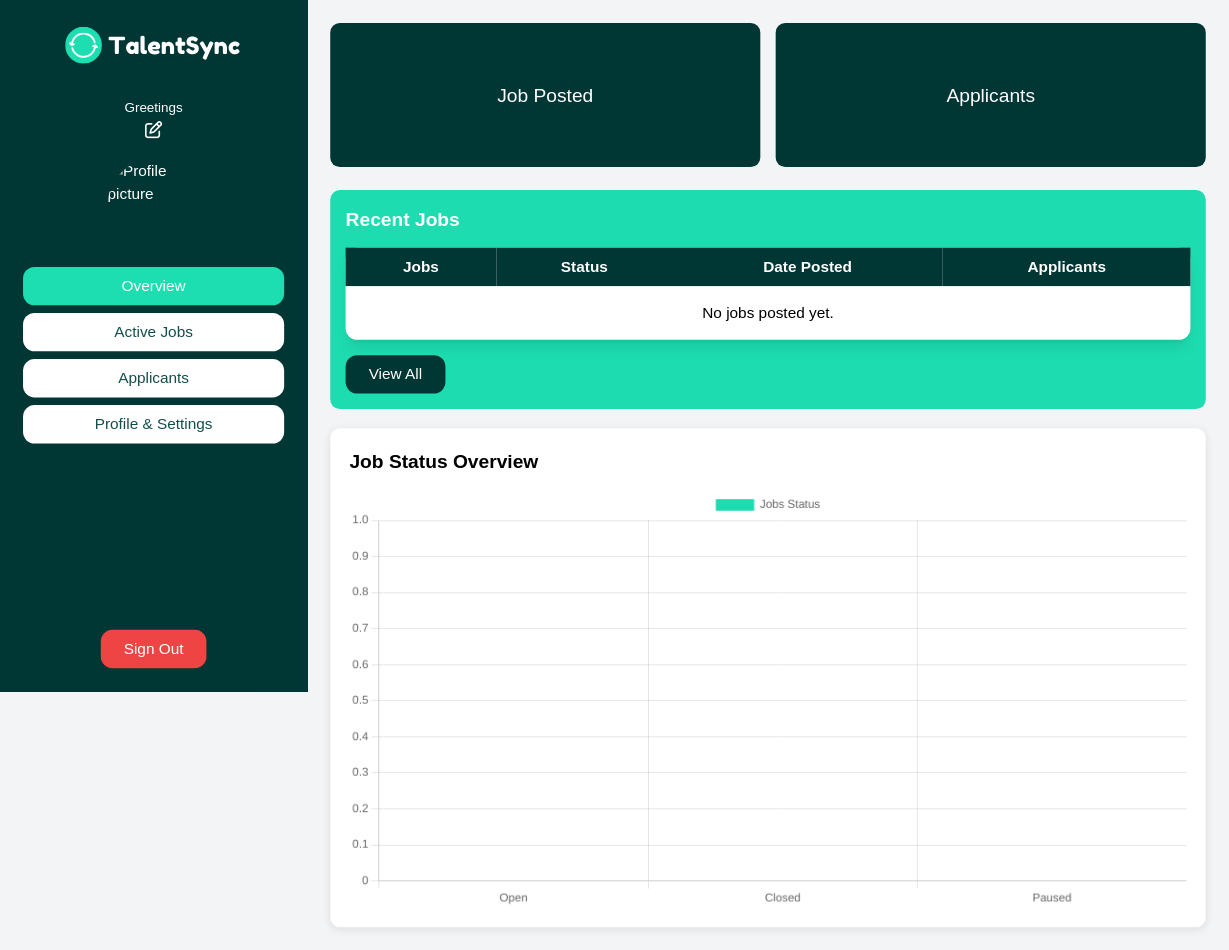
Repository: AbdullahScriptStudio/TalentSync
Page: recruiter/templates/recruiter/recruiter_dashboard.html
The author's editor kept a copy of each file at every save. The page is drawn from the files as they stood at one save, then again after the next save.
The browser window is 1280 px wide. The pictures show the whole page, at 96% of full size.
Some web libraries are served in a nearby version. The page is served by the project's application, run on Django 5.2 (manage.py). Other server files are loaded and not shown. The template is opened directly, without the code that normally fills it, so the values that code supplies are empty.

Above is the page before, as saved 2025-03-28 14:33:11.

### recruiter/templates/recruiter/recruiter_dashboard.html
<!DOCTYPE html>
<html lang="en">
{% load static %}

<head>
    <meta charset="UTF-8">
    <meta name="viewport" content="width=device-width, initial-scale=1.0">
    <script src="https://cdn.tailwindcss.com"></script>
    <link rel="stylesheet" href="https://cdnjs.cloudflare.com/ajax/libs/font-awesome/6.0.0-beta3/css/all.min.css">
    <script src="https://cdn.jsdelivr.net/npm/chart.js"></script> <!-- Ensure Chart.js is loaded -->


    <title>Recruiter Dashboard</title>
    <style>
        #chat-button {
            position: fixed;
            bottom: 20px;
            right: 20px;
            background-color: #1cdeb0;
            color: white;
            border: none;
            padding: 10px;
            border-radius: 50%;
            cursor: pointer;
            z-index: 1000; /* Ensure it appears above other elements */
        }
        body {
            font-family: "Poppins", sans-serif;
            background-color: white;
        }

        .stat-box {
            background-color: #003634;
            color: white;
            padding: 20px;
            border-radius: 10px;
            text-align: center;
            height: 150px;
            display: flex;
            flex-direction: column;
            justify-content: center;
        }

        .table-container {
            background-color: #1dddb0;
            padding: 16px;
            border-radius: 10px;
        }

        .chart-container {
            background-color: white;
            padding: 20px;
            border-radius: 10px;
            margin-top: 20px;
            box-shadow: 0px 2px 10px rgba(0, 0, 0, 0.1);
        }
    </style>
</head>

<body class="bg-gray-100">
    <div class="flex min-h-screen">
        <!-- Sidebar -->
        <div class="bg-[#003634] text-white w-1/4 p-6 flex flex-col items-center fixed h-full">
            <div class="flex items-center mb-8">
                <img alt="TalentSync logo" class="w-48 h-auto" src="{% static 'images/logo.svg' %}" />
            </div>
            <div class="text-center mb-4">
                <p class="text-sm">Greetings</p>
                <p class="text-lg">{{ recruiter_name }} <i class="fa-regular fa-pen-to-square"></i></p>
            </div>

            <img alt="Profile picture" class="w-24 h-24 rounded-full mb-4" src="{{ profile_picture }}" />

            <nav class="flex flex-col w-full">
                <a href="{% url 'recruiter_dashboard' %}" class="bg-[#1cdeb0] text-white py-2 px-4 rounded-xl mb-2 text-center">Overview</a>
                <a href="{% url 'job_list' %}" class="bg-white text-teal-900 py-2 px-4 rounded-xl mb-2 text-center">Active Jobs</a>
                <a href="{% url 'applications_list' %}" class="bg-white text-teal-900 py-2 px-4 rounded-xl mb-2 text-center">Applicants</a>
                <a href="#" class="bg-white text-teal-900 py-2 px-4 rounded-xl mb-2 text-center">Profile & Settings</a>
            </nav>
            <a href="{% url 'user_logout' %}" class="mt-auto bg-red-500 py-2 px-6 rounded-xl">Sign Out</a>
        </div>

        <!-- Main Content -->
        <div class="flex-1 p-6 ml-[25%]">
            <!-- Statistics Section -->
            <div class="grid grid-cols-2 gap-4 mb-6">
                <div class="stat-box">
                    <p class="text-xl">Job Posted</p>
                    <p class="text-4xl font-bold">{{ total_jobs }}</p>
                </div>
                <div class="stat-box">
                    <p class="text-xl">Applicants</p>
                    <p class="text-4xl font-bold">{{ total_applicants }}</p>
                </div>
            </div>

            <!-- Job Table -->
            <div class="table-container">
                <h2 class="text-xl font-bold mb-4 text-white">Recent Jobs</h2>
                <table class="min-w-full bg-white rounded-xl shadow-lg">
                    <thead class="bg-[#003634] text-white">
                        <tr>
                            <th class="px-4 py-2">Jobs</th>
                            <th class="px-4 py-2">Status</th>
                            <th class="px-4 py-2">Date Posted</th>
                            <th class="px-4 py-2">Applicants</th>
                        </tr>
                    </thead>
                    <tbody>
                        {% for job in recent_jobs %}
                        <tr class="border-b text-center">
                            <td class="px-4 py-2">{{ job.title }}</td>
                            <td class="px-4 py-2">{{ job.get_status_display }}</td>
                            <td class="px-4 py-2">{{ job.posted_at|date:"d/m/Y" }}</td>
                            <td class="px-4 py-2">
                                <a href="{% url 'applications_list' %}?job_id={{ job.id }}" class="text-blue-500 hover:underline">
                                    {{ job.applicant_count }}
                                </a>
                            </td>
                        </tr>
                        {% empty %}
                        <tr>
                            <td colspan="4" class="text-center py-4">No jobs posted yet.</td>
                        </tr>
                        {% endfor %}
                    </tbody>
                </table>
                <a href="{% url 'job_list' %}" class="bg-[#003634] text-white py-2 px-6 rounded-xl mt-4 inline-block text-center">
                    View All
                </a>
            </div>

            <!-- Job Status Chart -->
            <div class="chart-container">
                <h2 class="text-xl font-bold mb-4">Job Status Overview</h2>
                <canvas id="jobChart"></canvas>
            </div>

            <!-- ChartJS Script -->
            <script>
                var ctx = document.getElementById('jobChart').getContext('2d');
                var jobChart = new Chart(ctx, {
                    type: 'bar',
                    data: {
                        labels: ["Open", "Closed", "Paused"],
                        datasets: [{
                            label: 'Jobs Status',
                            data: [{{ open_jobs }}, {{ closed_jobs }}, {{ paused_jobs }}],
                            backgroundColor: ['#1dddb0', '#ff4d4d', '#ffc107']
                        }]
                    },
                    options: {
                        responsive: true,
                        scales: {
                            y: {
                                beginAtZero: true
                            }
                        }
                    }
                });
            </script>
        </div>
    </div>
</body>

</html>

### talentsync/urls.py
"""
URL configuration for talentsync project.

The `urlpatterns` list routes URLs to views. For more information please see:
    https://docs.djangoproject.com/en/5.1/topics/http/urls/
Examples:
Function views
    1. Add an import:  from my_app import views
    2. Add a URL to urlpatterns:  path('', views.home, name='home')
Class-based views
    1. Add an import:  from other_app.views import Home
    2. Add a URL to urlpatterns:  path('', Home.as_view(), name='home')
Including another URLconf
    1. Import the include() function: from django.urls import include, path
    2. Add a URL to urlpatterns:  path('blog/', include('blog.urls'))
"""
from django.contrib import admin
from django.urls import path, include
from django.conf import settings
from django.conf.urls.static import static

urlpatterns = [
    path('admin/', admin.site.urls),
    path('recruiter/', include('recruiter.urls')),
    path('applicant/', include('applicant.urls')),
    path('people/', include('people.urls')),
]


if settings.DEBUG:
    urlpatterns += static(settings.MEDIA_URL, document_root=settings.MEDIA_ROOT)

### recruiter/urls.py
from django.urls import path
from . import views
from django.conf.urls.static import static
from django.conf import settings



urlpatterns = [

    #adding new job
    #path('create/step1/', views.job_create_step1, name='job_create_step1'),
    #path('create/step2/', views.job_create_step2, name='job_create_step2'),
    #path('create/step3/', views.job_create_step3, name='job_create_step3'),
    path('job/post/', views.job_create_combined, name='job_create_combined'),
    #path('create/success/', views.job_post_success, name='job_post_success'), #to show job posted successfully
    path('jobs/', views.job_list, name='job_list'),
    path('jobs/description/<int:job_id>/', views.job_description, name='job_description'),
    path('job/edit/<int:id>/', views.job_edit, name='job_edit'),
    path('job/delete/<int:id>/', views.job_delete, name='job_delete'),
    path('dashboard/', views.recruiter_dashboard, name='recruiter_dashboard'),
    path('applications/', views.applications_list, name='applications_list'),
]



if settings.DEBUG:
    urlpatterns += static(settings.MEDIA_URL, document_root=settings.MEDIA_ROOT)

### applicant/urls.py
from django.urls import path
from .views import applicant_dashboard
from . import views

urlpatterns = [
    path('dashboard/', applicant_dashboard, name='applicant_dashboard'),
    path('job-list/', views.applicant_job_list, name='applicant_job_list'),
    path('job-description/<int:job_id>/', views.applicant_job_description, name='applicant_job_description'),
    path('applicant/apply/<int:job_id>/', views.apply_on_job, name='apply_on_job'),
    path('applied-jobs/', views.applied_job_list, name='applied_job_list'),
    path('applied-jobs/<int:application_id>/', views.applied_job_description, name='applied_job_description'),



]

### people/urls.py
from django.urls import path
from .views import register, user_login, user_logout, dashboard_redirect

urlpatterns = [
    path('register/', register, name='register'),
    path('login/', user_login, name='user_login'),
    path('logout/', user_logout, name='user_logout'),
    path('dashboard/', dashboard_redirect, name='dashboard_redirect'),
]

Loaded but not shown: static/images/logo.svg (1 lines, source omitted)

After the next save:
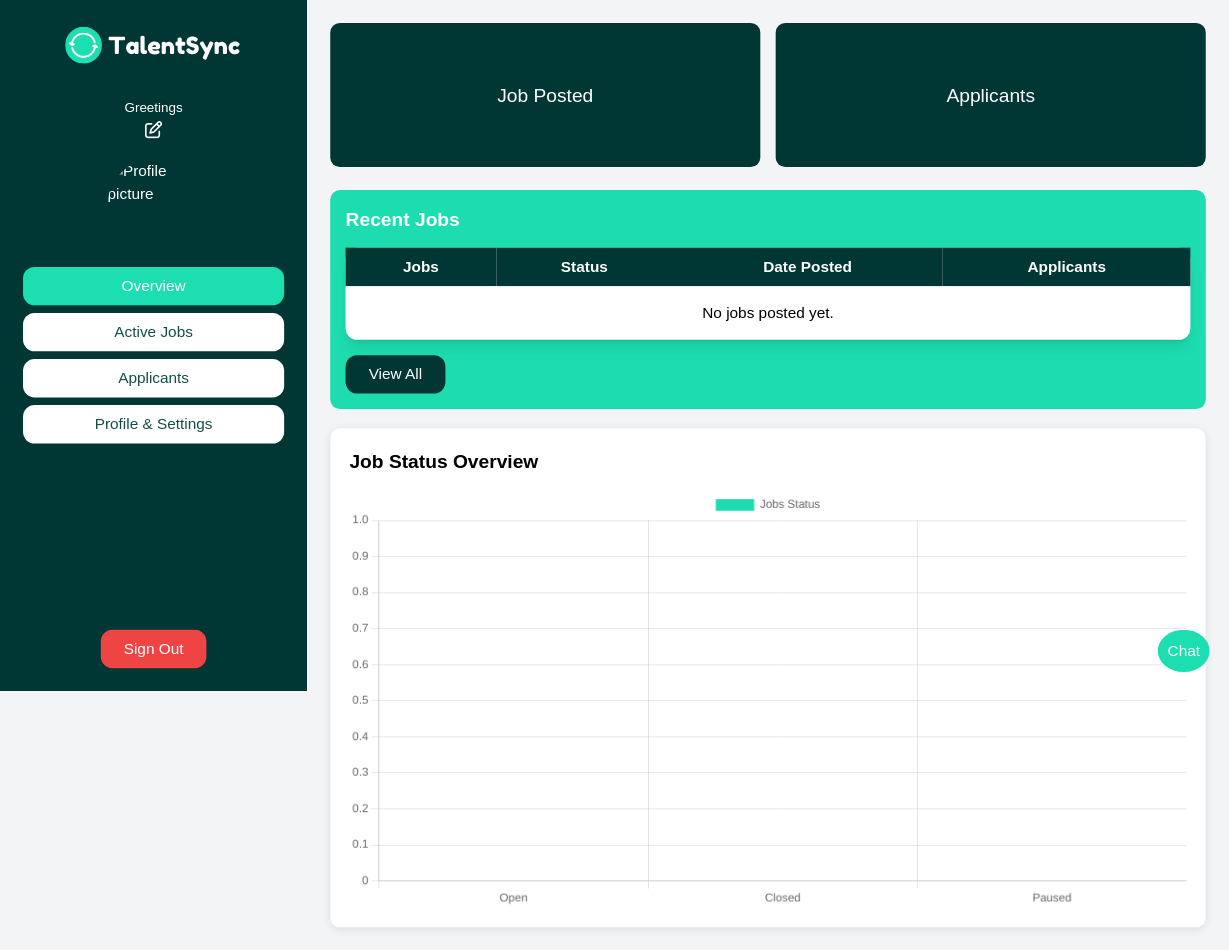
Saved 25 s later.
--- a/recruiter/templates/recruiter/recruiter_dashboard.html
+++ b/recruiter/templates/recruiter/recruiter_dashboard.html
@@ -159,6 +159,23 @@
                     }
                 });
             </script>
+
+
+            <button id="chat-button">Chat</button>
+
+    <!-- Chatbot Script -->
+    <script>
+        const chatButton = document.getElementById('chat-button');
+        let chatWindow;
+
+        chatButton.onclick = () => {
+            if (!chatWindow || chatWindow.closed) {
+                chatWindow = window.open('https://cdn.botpress.cloud/webchat/v2.2/shareable.html?configUrl=https://files.bpcontent.cloud/2025/03/28/07/20250328073528-XB7C8MRM.json', 'Chatbot', 'width=400,height=600');
+            } else {
+                chatWindow.focus();
+            }
+        };
+    </script>
         </div>
     </div>
 </body>

After the 2 saves that followed:
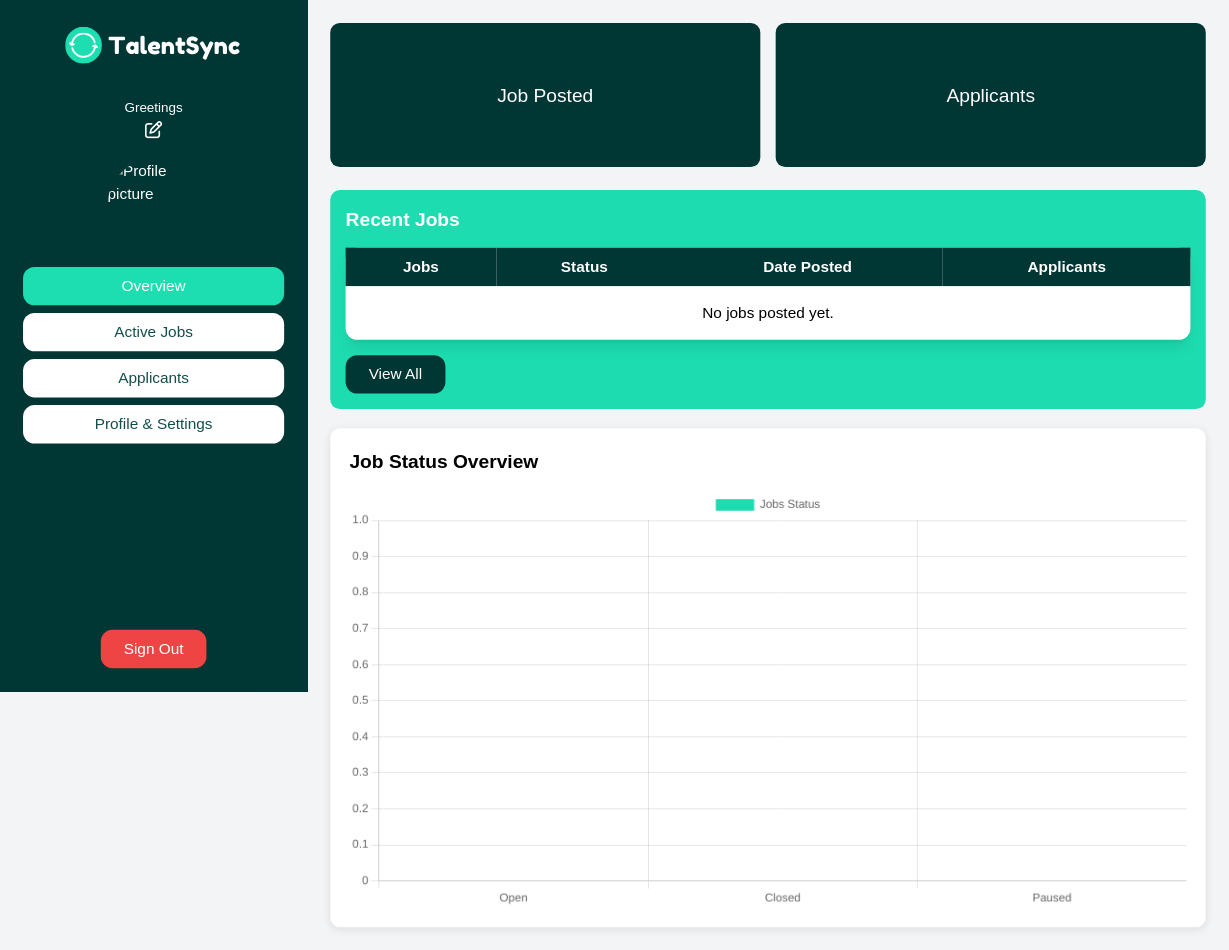
The 2 saves are shown as one change because they came seconds apart.
The last was saved 58 s later.
--- a/recruiter/templates/recruiter/recruiter_dashboard.html
+++ b/recruiter/templates/recruiter/recruiter_dashboard.html
@@ -12,18 +12,6 @@
 
     <title>Recruiter Dashboard</title>
     <style>
-        #chat-button {
-            position: fixed;
-            bottom: 20px;
-            right: 20px;
-            background-color: #1cdeb0;
-            color: white;
-            border: none;
-            padding: 10px;
-            border-radius: 50%;
-            cursor: pointer;
-            z-index: 1000; /* Ensure it appears above other elements */
-        }
         body {
             font-family: "Poppins", sans-serif;
             background-color: white;
@@ -159,23 +147,6 @@
                     }
                 });
             </script>
-
-
-            <button id="chat-button">Chat</button>
-
-    <!-- Chatbot Script -->
-    <script>
-        const chatButton = document.getElementById('chat-button');
-        let chatWindow;
-
-        chatButton.onclick = () => {
-            if (!chatWindow || chatWindow.closed) {
-                chatWindow = window.open('https://cdn.botpress.cloud/webchat/v2.2/shareable.html?configUrl=https://files.bpcontent.cloud/2025/03/28/07/20250328073528-XB7C8MRM.json', 'Chatbot', 'width=400,height=600');
-            } else {
-                chatWindow.focus();
-            }
-        };
-    </script>
         </div>
     </div>
 </body>
